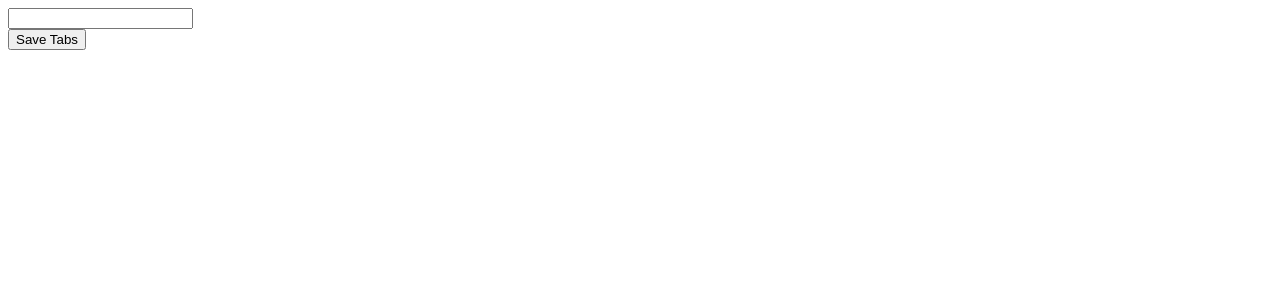
Repository: IdowuMicheal-1/Text-Tab-Organizer
Page: popup.html
An editor plug-in stored every save of this project. The page is shown before and after a run of saves, followed by the edit.
The browser window is 1280 px wide. The pictures show the whole page.

Above is the page before, as saved 2025-05-14 09:33:41.

After the next 2 saves:
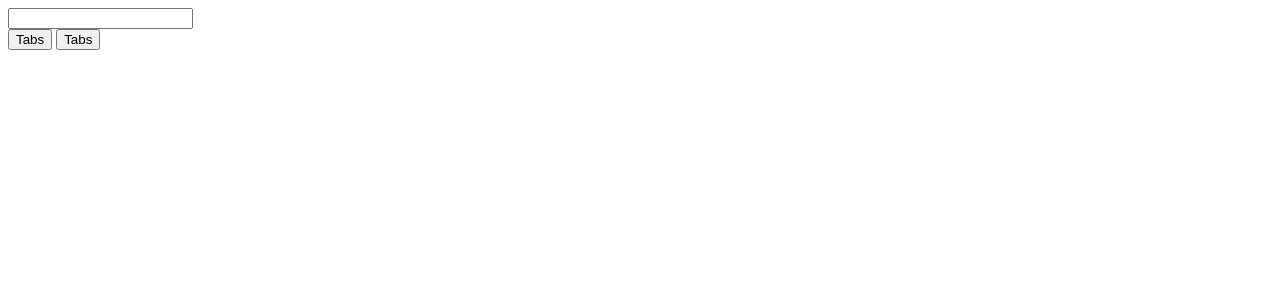
The 2 saves are shown as one change because they came seconds apart.
The last was saved 8 s later.
--- a/popup.html
+++ b/popup.html
@@ -10,7 +10,8 @@
     <div>
         <input type="text">
         <div>
-            <button>Save Tabs</button>
+            <button>Tabs</button>
+            <button>Tabs</button>
         </div>
     </div>
     <script src="./popup.js"></script>
